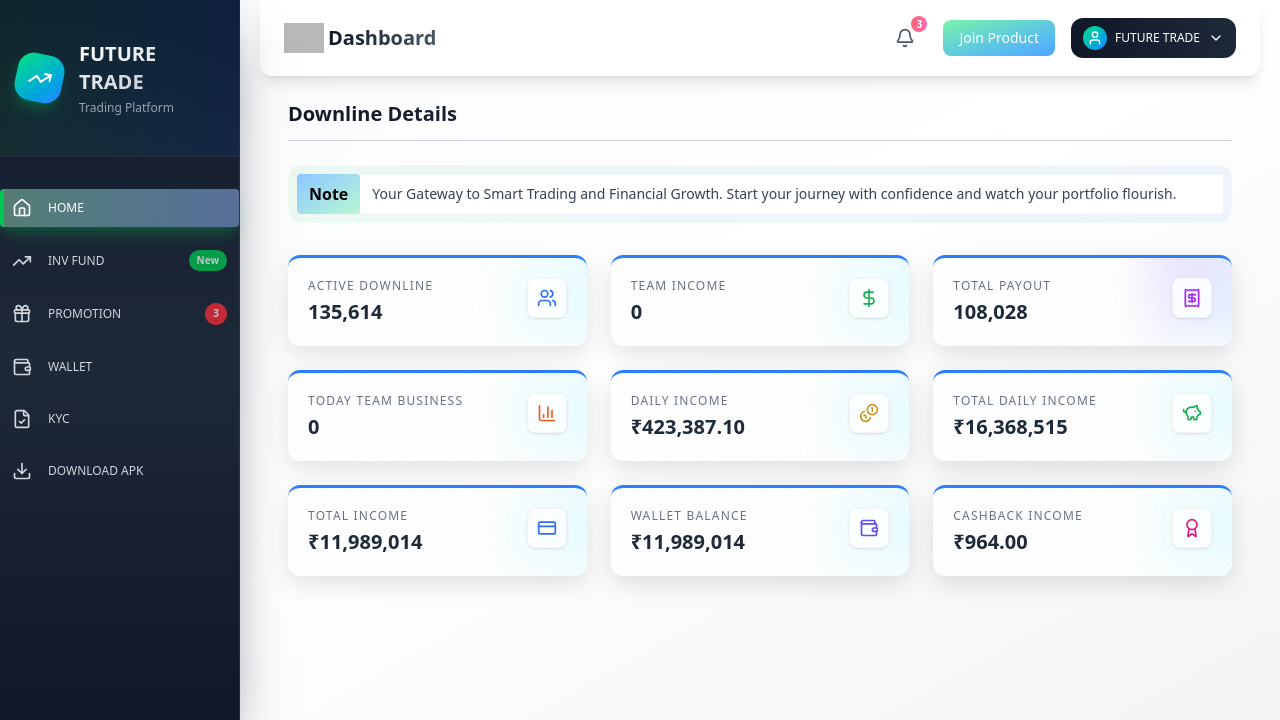
Repository: GauraVPandeyyy/Trade
Page: /
These files come from the project's save history. The page is drawn as it stood at one moment and after a run of saves; the edit follows.
The browser window is 1280 px wide. The pictures show the whole page.
Pictures or frames that could not be fetched are drawn as grey boxes. The project was rebuilt for these pictures with package versions that can differ from the ones it lists, and the page was loaded fresh each time. Some packages were replaced by stand-ins written for this rebuild. Also part of the build but not shown: vite.config.js, src/pages/InvFund.jsx, src/pages/Promotion.jsx, src/pages/Wallet.jsx, src/pages/Kyc.jsx, src/pages/DownloadApk.jsx.

Above is the page before, as saved 2025-08-02 15:55:29.

After the next 2 saves:
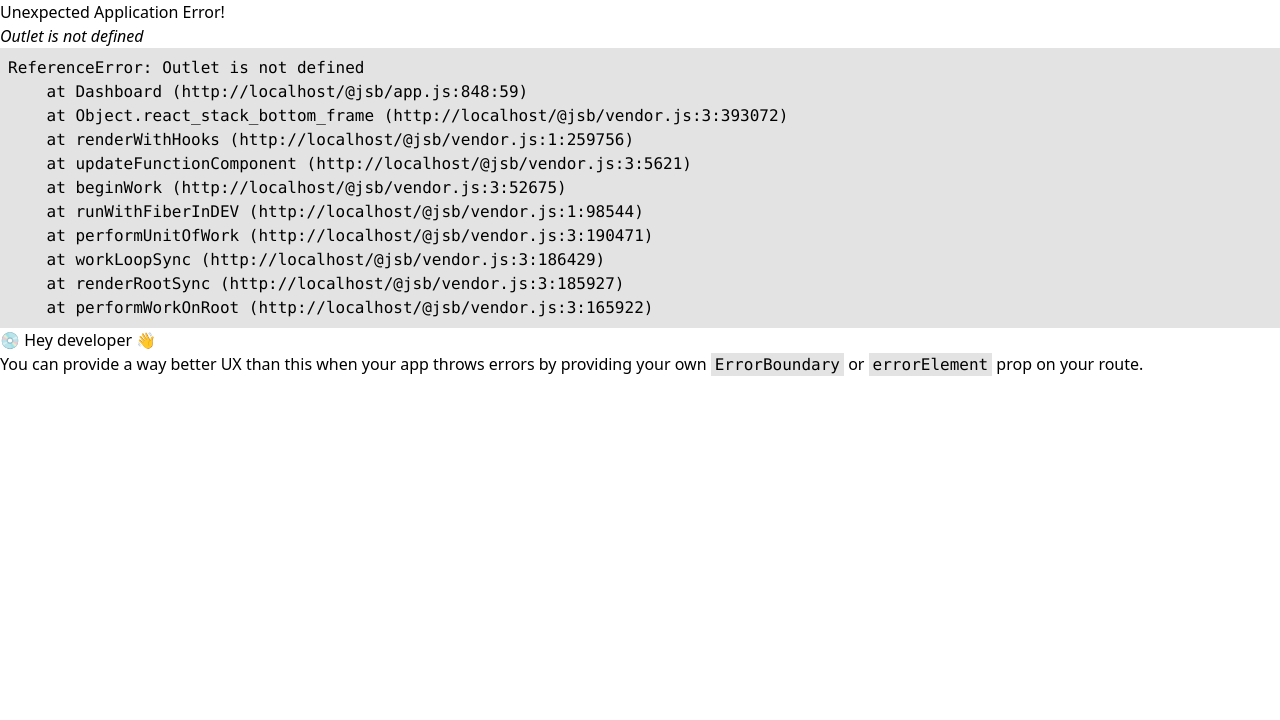
The 2 saves are shown as one change because they came seconds apart.
The last was saved 80 s later.
--- a/src/pages/Dashboard.jsx
+++ b/src/pages/Dashboard.jsx
@@ -73,6 +73,10 @@
     <div className="flex min-h-screen bg-gradient-to-br from-gray-50 via-white to-gray-100">
       {/* Sidebar */}
       <Sidebar isOpen={isOpen} onClose={close} isMobile={isMobile} />
+      <Sidebar />
+      <main>
+        <Outlet /> {/* This renders the matched route */}
+      </main>
 
       {/* Main Content */}
       <div className={`flex-1 flex flex-col transition-all duration-300 px-5 ${!isMobile ? 'ml-0' : ''}`}>
